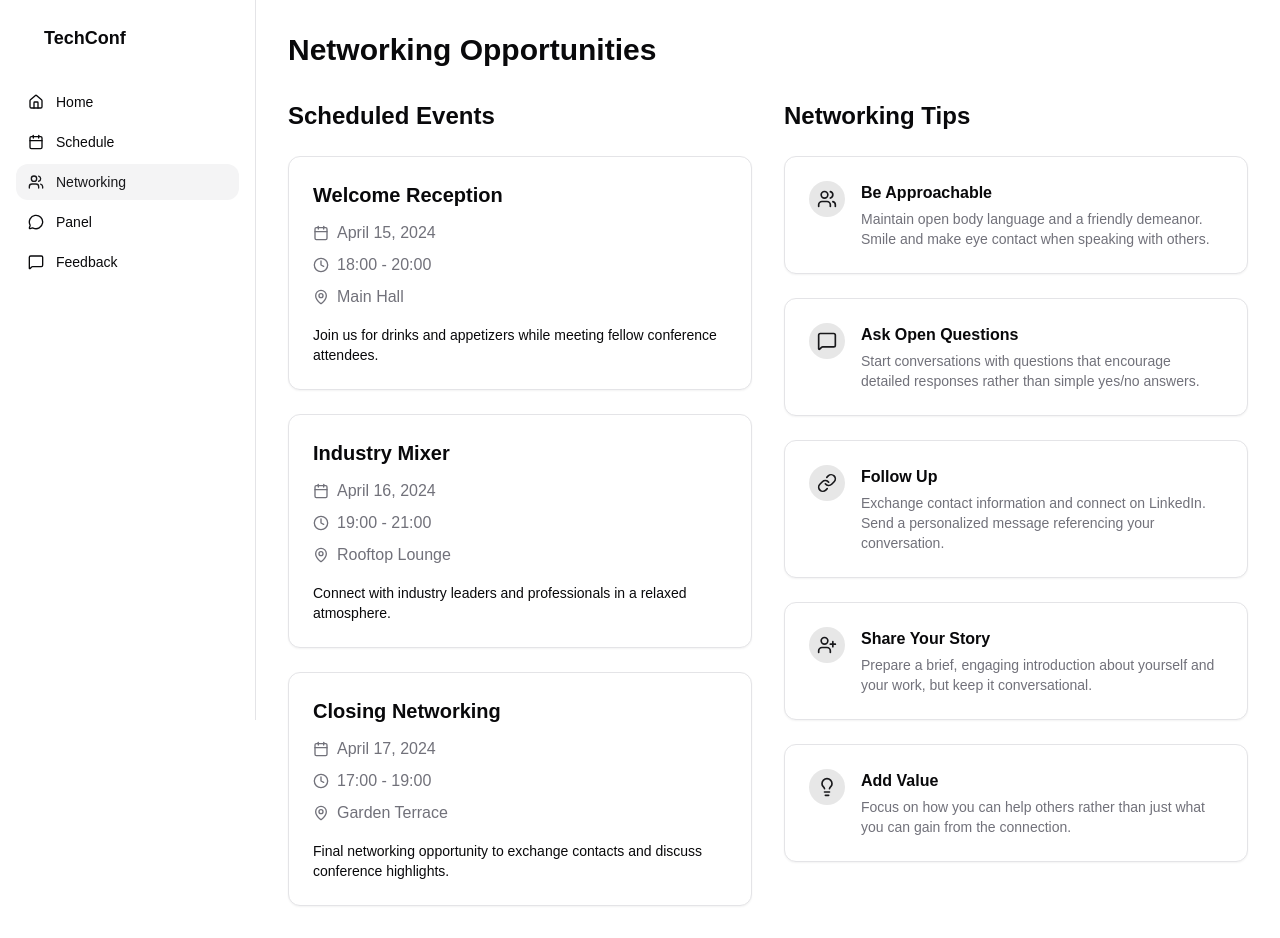
Repository: mrnavdal/symposium-2024
Page: /networking (app in symposium24/)
These files come from the project's save history. The page is drawn as it stood at one moment and after the next save; the edit follows.
The browser window is 1280 px wide. The pictures show the whole page.
The project was rebuilt for these pictures with package versions that can differ from the ones it lists, and the page was loaded fresh each time. The framework's server and built-in components were replaced by stand-ins that run in the browser. Also part of the build but not shown: symposium24/next.config.ts, symposium24/src/styles/calendar.css.

Above is the page before, as saved 2024-11-08 13:49:21.

### symposium24/src/app/layout.tsx
import type { Metadata } from "next";
import localFont from "next/font/local";
import { ThemeProvider } from "@/components/ThemeProvider";
import { Navigation } from "@/components/Navigation";
import "./globals.css";
import '@/styles/calendar.css'

const geistSans = localFont({
  src: "./fonts/GeistVF.woff",
  variable: "--font-geist-sans",
  weight: "100 900",
});
const geistMono = localFont({
  src: "./fonts/GeistMonoVF.woff",
  variable: "--font-geist-mono",
  weight: "100 900",
});

export const metadata: Metadata = {
  title: "TechConf 2024",
  description: "Conference schedule and information",
};

export default function RootLayout({
  children,
}: Readonly<{
  children: React.ReactNode;
}>) {
  return (
    <html lang="en" suppressHydrationWarning>
      <body
        className={`${geistSans.variable} ${geistMono.variable} antialiased min-h-screen`}
      >
        <ThemeProvider
          attribute="class"
          defaultTheme="system"
          enableSystem
          disableTransitionOnChange
        >
          <Navigation />
          <main className="pb-16 md:pb-0 md:pl-64">
            {children}
          </main>
        </ThemeProvider>
      </body>
    </html>
  );
}

### symposium24/src/app/networking/page.tsx
import { PageTransition } from '@/components/PageTransition'
import { Container } from '@/components/ui/container'
import { NetworkingEvents } from '@/components/NetworkingEvents'
import { NetworkingTips } from '@/components/NetworkingTips'

export default function NetworkingPage() {
  return (
    <PageTransition>
      <Container className="py-8">
        <h1 className="text-3xl font-bold mb-8">Networking Opportunities</h1>
        <div className="grid gap-8 md:grid-cols-2">
          <NetworkingEvents />
          <NetworkingTips />
        </div>
      </Container>
    </PageTransition>
  )
}

### symposium24/src/components/ThemeProvider.tsx
'use client'

import * as React from 'react'
import { ThemeProvider as NextThemesProvider } from 'next-themes'

interface ThemeProviderProps {
  children: React.ReactNode
  attribute?: string
  defaultTheme?: string
  enableSystem?: boolean
  disableTransitionOnChange?: boolean
}

export function ThemeProvider({
  children,
  attribute,
  defaultTheme,
  enableSystem,
  disableTransitionOnChange,
}: ThemeProviderProps) {
  return (
    <NextThemesProvider
      attribute={attribute as 'class' | 'data-theme'}
      defaultTheme={defaultTheme}
      enableSystem={enableSystem}
      disableTransitionOnChange={disableTransitionOnChange}
    >
      {children}
    </NextThemesProvider>
  )
}

### symposium24/src/components/Navigation.tsx
'use client'

import { usePathname } from 'next/navigation'
import Link from 'next/link'
import { cn } from '@/lib/utils'
import {
  Home,
  Calendar,
  Users,
  MessageCircle,
  MessageSquare,
  LucideIcon
} from 'lucide-react'

interface NavItem {
  href: string
  label: string
  icon: LucideIcon
}

const navItems: NavItem[] = [
  { href: '/', label: 'Home', icon: Home },
  { href: '/schedule', label: 'Schedule', icon: Calendar },
  { href: '/networking', label: 'Networking', icon: Users },
  { href: '/discussion', label: 'Panel', icon: MessageCircle },
  { href: '/feedback', label: 'Feedback', icon: MessageSquare },
]

export function Navigation() {
  const pathname = usePathname()

  return (
    <>
      {/* Desktop Side Navigation */}
      <nav className="hidden md:flex fixed left-0 top-0 h-screen w-64 border-r bg-background p-4">
        <div className="space-y-4 w-full">
          <div className="px-3 py-2">
            <h2 className="mb-2 px-4 text-lg font-semibold">TechConf</h2>
          </div>
          <div className="space-y-1">
            {navItems.map((item) => (
              <Link
                key={item.href}
                href={item.href}
                className={cn(
                  'flex items-center gap-3 rounded-lg px-3 py-2 text-sm transition-colors',
                  pathname === item.href
                    ? 'bg-secondary text-secondary-foreground'
                    : 'hover:bg-secondary/80'
                )}
              >
                <item.icon className="h-4 w-4" />
                {item.label}
              </Link>
            ))}
          </div>
        </div>
      </nav>

      {/* Mobile Bottom Navigation */}
      <nav className="md:hidden fixed bottom-0 left-0 right-0 border-t bg-background z-50">
        <div className="flex items-center justify-around">
          {navItems.map((item) => (
            <Link
              key={item.href}
              href={item.href}
              className={cn(
                'flex flex-col items-center gap-1 p-3 text-xs',
                pathname === item.href
                  ? 'text-primary'
                  : 'text-muted-foreground'
              )}
            >
              <item.icon className="h-5 w-5" />
              <span>{item.label}</span>
            </Link>
          ))}
        </div>
      </nav>

      {/* Content Padding for Mobile Bottom Nav */}
      <div className="pb-16 md:pb-0 md:pl-64">
        {/* This div wraps the main content to provide padding */}
      </div>
    </>
  )
}

### symposium24/src/app/globals.css
@tailwind base;
@tailwind components;
@tailwind utilities;

body {
  font-family: Arial, Helvetica, sans-serif;
}

@layer base {
  :root {
    --background: 0 0% 100%;
    --foreground: 240 10% 3.9%;
    --card: 0 0% 100%;
    --card-foreground: 240 10% 3.9%;
    --popover: 0 0% 100%;
    --popover-foreground: 240 10% 3.9%;
    --primary: 240 5.9% 10%;
    --primary-foreground: 0 0% 98%;
    --secondary: 240 4.8% 95.9%;
    --secondary-foreground: 240 5.9% 10%;
    --muted: 240 4.8% 95.9%;
    --muted-foreground: 240 3.8% 46.1%;
    --accent: 240 4.8% 95.9%;
    --accent-foreground: 240 5.9% 10%;
    --destructive: 0 84.2% 60.2%;
    --destructive-foreground: 0 0% 98%;
    --border: 240 5.9% 90%;
    --input: 240 5.9% 90%;
    --ring: 240 5.9% 10%;
    --chart-1: 12 76% 61%;
    --chart-2: 173 58% 39%;
    --chart-3: 197 37% 24%;
    --chart-4: 43 74% 66%;
    --chart-5: 27 87% 67%;
    --radius: 0.75rem;
  }
  .dark {
    --background: 240 10% 3.9%;
    --foreground: 0 0% 98%;
    --card: 240 10% 3.9%;
    --card-foreground: 0 0% 98%;
    --popover: 240 10% 3.9%;
    --popover-foreground: 0 0% 98%;
    --primary: 0 0% 98%;
    --primary-foreground: 240 5.9% 10%;
    --secondary: 240 3.7% 15.9%;
    --secondary-foreground: 0 0% 98%;
    --muted: 240 3.7% 15.9%;
    --muted-foreground: 240 5% 64.9%;
    --accent: 240 3.7% 15.9%;
    --accent-foreground: 0 0% 98%;
    --destructive: 0 62.8% 30.6%;
    --destructive-foreground: 0 0% 98%;
    --border: 240 3.7% 15.9%;
    --input: 240 3.7% 15.9%;
    --ring: 240 4.9% 83.9%;
    --chart-1: 220 70% 50%;
    --chart-2: 160 60% 45%;
    --chart-3: 30 80% 55%;
    --chart-4: 280 65% 60%;
    --chart-5: 340 75% 55%;
  }
}

@layer base {
  * {
    @apply border-border;
  }
  body {
    @apply bg-background text-foreground;
  }
}

### symposium24/src/components/PageTransition.tsx
'use client'

import { motion } from 'framer-motion'
import { fadeIn } from '@/lib/animations'

interface PageTransitionProps {
  children: React.ReactNode
  className?: string
}

export function PageTransition({ children, className }: PageTransitionProps) {
  return (
    <motion.div
      variants={fadeIn}
      initial="initial"
      animate="animate"
      exit="exit"
      className={className}
    >
      {children}
    </motion.div>
  )
}

### symposium24/src/components/ui/container.tsx
import { cn } from '@/lib/utils'

interface ContainerProps extends React.HTMLAttributes<HTMLDivElement> {}

export function Container({ className, ...props }: ContainerProps) {
  return (
    <div
      className={cn('mx-auto max-w-7xl px-4 sm:px-6 lg:px-8', className)}
      {...props}
    />
  )
}

### symposium24/src/components/NetworkingEvents.tsx
'use client'

import { AnimatedCard } from './ui/animated-card'
import { Calendar, Clock, MapPin } from 'lucide-react'

interface NetworkingEvent {
  id: string
  title: string
  date: string
  time: string
  location: string
  description: string
}

const networkingEvents: NetworkingEvent[] = [
  {
    id: '1',
    title: 'Welcome Reception',
    date: 'April 15, 2024',
    time: '18:00 - 20:00',
    location: 'Main Hall',
    description: 'Join us for drinks and appetizers while meeting fellow conference attendees.'
  },
  {
    id: '2',
    title: 'Industry Mixer',
    date: 'April 16, 2024',
    time: '19:00 - 21:00',
    location: 'Rooftop Lounge',
    description: 'Connect with industry leaders and professionals in a relaxed atmosphere.'
  },
  {
    id: '3',
    title: 'Closing Networking',
    date: 'April 17, 2024',
    time: '17:00 - 19:00',
    location: 'Garden Terrace',
    description: 'Final networking opportunity to exchange contacts and discuss conference highlights.'
  }
]

export function NetworkingEvents() {
  return (
    <div className="space-y-6">
      <h2 className="text-2xl font-semibold mb-4">Scheduled Events</h2>
      {networkingEvents.map((event, index) => (
        <AnimatedCard
          key={event.id}
          delay={index * 0.1}
          className="hover:shadow-md transition-shadow"
        >
          <h3 className="text-xl font-semibold mb-3">{event.title}</h3>
          <div className="space-y-2 text-muted-foreground">
            <div className="flex items-center gap-2">
              <Calendar className="h-4 w-4" />
              <span>{event.date}</span>
            </div>
            <div className="flex items-center gap-2">
              <Clock className="h-4 w-4" />
              <span>{event.time}</span>
            </div>
            <div className="flex items-center gap-2">
              <MapPin className="h-4 w-4" />
              <span>{event.location}</span>
            </div>
          </div>
          <p className="mt-4 text-sm">{event.description}</p>
        </AnimatedCard>
      ))}
    </div>
  )
}

### symposium24/src/components/NetworkingTips.tsx
'use client'

import { AnimatedCard } from './ui/animated-card'
import { Lightbulb, Users, MessageSquare, Link, UserPlus } from 'lucide-react'

interface NetworkingTip {
  icon: typeof Lightbulb
  title: string
  description: string
}

const networkingTips: NetworkingTip[] = [
  {
    icon: Users,
    title: 'Be Approachable',
    description: 'Maintain open body language and a friendly demeanor. Smile and make eye contact when speaking with others.'
  },
  {
    icon: MessageSquare,
    title: 'Ask Open Questions',
    description: 'Start conversations with questions that encourage detailed responses rather than simple yes/no answers.'
  },
  {
    icon: Link,
    title: 'Follow Up',
    description: 'Exchange contact information and connect on LinkedIn. Send a personalized message referencing your conversation.'
  },
  {
    icon: UserPlus,
    title: 'Share Your Story',
    description: 'Prepare a brief, engaging introduction about yourself and your work, but keep it conversational.'
  },
  {
    icon: Lightbulb,
    title: 'Add Value',
    description: 'Focus on how you can help others rather than just what you can gain from the connection.'
  }
]

export function NetworkingTips() {
  return (
    <div className="space-y-6">
      <h2 className="text-2xl font-semibold mb-4">Networking Tips</h2>
      {networkingTips.map((tip, index) => (
        <AnimatedCard
          key={tip.title}
          delay={index * 0.1}
          className="hover:shadow-md transition-shadow"
        >
          <div className="flex items-start gap-4">
            <div className="p-2 rounded-full bg-primary/10">
              <tip.icon className="h-5 w-5 text-primary" />
            </div>
            <div>
              <h3 className="font-semibold mb-1">{tip.title}</h3>
              <p className="text-sm text-muted-foreground">{tip.description}</p>
            </div>
          </div>
        </AnimatedCard>
      ))}
    </div>
  )
}

### symposium24/src/lib/animations.ts
export const fadeIn = {
  initial: { opacity: 0, y: 20 },
  animate: { opacity: 1, y: 0 },
  exit: { opacity: 0, y: 20 }
}

export const staggerContainer = {
  animate: {
    transition: {
      staggerChildren: 0.1
    }
  }
}

export const slideIn = {
  initial: { x: -20, opacity: 0 },
  animate: { x: 0, opacity: 1 },
  exit: { x: 20, opacity: 0 }
}

export const scaleIn = {
  initial: { scale: 0.9, opacity: 0 },
  animate: { scale: 1, opacity: 1 },
  exit: { scale: 0.9, opacity: 0 }
}

### symposium24/src/components/ui/animated-card.tsx
'use client'

import { motion } from 'framer-motion'
import { scaleIn } from '@/lib/animations'
import { cn } from '@/lib/utils'

interface AnimatedCardProps extends React.HTMLAttributes<HTMLDivElement> {
  delay?: number
}

export function AnimatedCard({
  children,
  className,
  delay = 0,
  ...props
}: AnimatedCardProps) {
  return (
    <motion.div
      variants={scaleIn}
      initial="initial"
      whileInView="animate"
      exit="exit"
      viewport={{ once: true }}
      transition={{ delay }}
      className={cn(
        'rounded-lg border bg-card p-6 shadow-sm',
        className
      )}
      {...(props as any)} // Type assertion to fix incompatible event handler types
    >
      {children}
    </motion.div>
  )
}

### symposium24/tailwind.config.ts
import type { Config } from "tailwindcss";

export default {
    darkMode: ["class"],
    content: [
    "./src/pages/**/*.{js,ts,jsx,tsx,mdx}",
    "./src/components/**/*.{js,ts,jsx,tsx,mdx}",
    "./src/app/**/*.{js,ts,jsx,tsx,mdx}",
  ],
  theme: {
  	extend: {
  		colors: {
  			background: 'hsl(var(--background))',
  			foreground: 'hsl(var(--foreground))',
  			card: {
  				DEFAULT: 'hsl(var(--card))',
  				foreground: 'hsl(var(--card-foreground))'
  			},
  			popover: {
  				DEFAULT: 'hsl(var(--popover))',
  				foreground: 'hsl(var(--popover-foreground))'
  			},
  			primary: {
  				DEFAULT: 'hsl(var(--primary))',
  				foreground: 'hsl(var(--primary-foreground))'
  			},
  			secondary: {
  				DEFAULT: 'hsl(var(--secondary))',
  				foreground: 'hsl(var(--secondary-foreground))'
  			},
  			muted: {
  				DEFAULT: 'hsl(var(--muted))',
  				foreground: 'hsl(var(--muted-foreground))'
  			},
  			accent: {
  				DEFAULT: 'hsl(var(--accent))',
  				foreground: 'hsl(var(--accent-foreground))'
  			},
  			destructive: {
  				DEFAULT: 'hsl(var(--destructive))',
  				foreground: 'hsl(var(--destructive-foreground))'
  			},
  			border: 'hsl(var(--border))',
  			input: 'hsl(var(--input))',
  			ring: 'hsl(var(--ring))',
  			chart: {
  				'1': 'hsl(var(--chart-1))',
  				'2': 'hsl(var(--chart-2))',
  				'3': 'hsl(var(--chart-3))',
  				'4': 'hsl(var(--chart-4))',
  				'5': 'hsl(var(--chart-5))'
  			}
  		},
  		borderRadius: {
  			lg: 'var(--radius)',
  			md: 'calc(var(--radius) - 2px)',
  			sm: 'calc(var(--radius) - 4px)'
  		}
  	}
  },
  plugins: [
    require("tailwindcss-animate"),
    require('@tailwindcss/typography'),
  ],
} satisfies Config;

Loaded but not shown: symposium24/src/lib/utils.ts (common file)

After the next save:
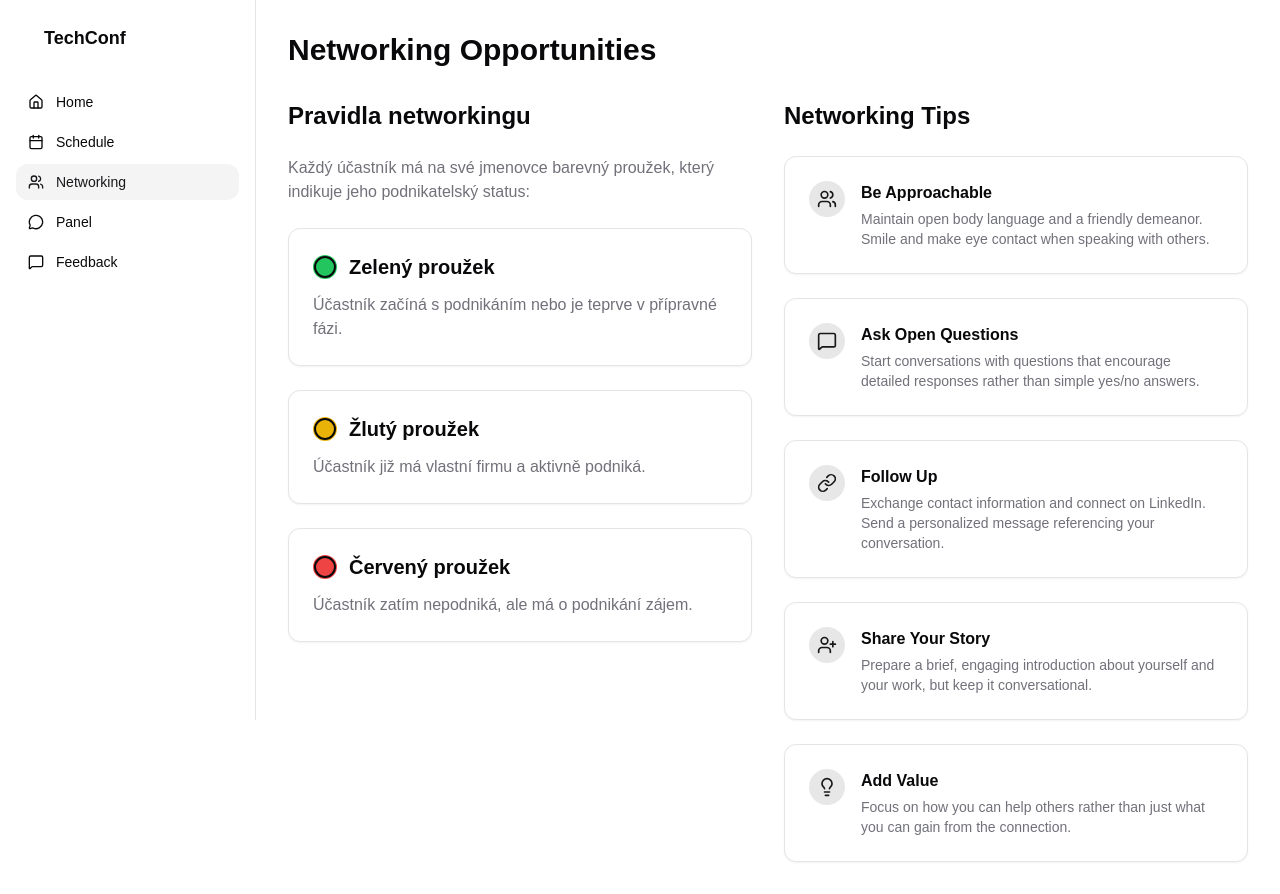
Saved 21 min 6 s later.
--- a/symposium24/src/components/NetworkingEvents.tsx
+++ b/symposium24/src/components/NetworkingEvents.tsx
@@ -1,70 +1,58 @@
 'use client'
 
 import { AnimatedCard } from './ui/animated-card'
-import { Calendar, Clock, MapPin } from 'lucide-react'
+import { Circle } from 'lucide-react'
 
-interface NetworkingEvent {
+interface NetworkingRule {
   id: string
+  color: string
   title: string
-  date: string
-  time: string
-  location: string
   description: string
+  textColor: string
 }
 
-const networkingEvents: NetworkingEvent[] = [
+const networkingRules: NetworkingRule[] = [
   {
     id: '1',
-    title: 'Welcome Reception',
-    date: 'April 15, 2024',
-    time: '18:00 - 20:00',
-    location: 'Main Hall',
-    description: 'Join us for drinks and appetizers while meeting fellow conference attendees.'
+    color: 'bg-green-500',
+    textColor: 'text-green-500',
+    title: 'Zelený proužek',
+    description: 'Účastník začíná s podnikáním nebo je teprve v přípravné fázi.'
   },
   {
     id: '2',
-    title: 'Industry Mixer',
-    date: 'April 16, 2024',
-    time: '19:00 - 21:00',
-    location: 'Rooftop Lounge',
-    description: 'Connect with industry leaders and professionals in a relaxed atmosphere.'
+    color: 'bg-yellow-500',
+    textColor: 'text-yellow-500',
+    title: 'Žlutý proužek',
+    description: 'Účastník již má vlastní firmu a aktivně podniká.'
   },
   {
     id: '3',
-    title: 'Closing Networking',
-    date: 'April 17, 2024',
-    time: '17:00 - 19:00',
-    location: 'Garden Terrace',
-    description: 'Final networking opportunity to exchange contacts and discuss conference highlights.'
+    color: 'bg-red-500',
+    textColor: 'text-red-500',
+    title: 'Červený proužek',
+    description: 'Účastník zatím nepodniká, ale má o podnikání zájem.'
   }
 ]
 
 export function NetworkingEvents() {
   return (
     <div className="space-y-6">
-      <h2 className="text-2xl font-semibold mb-4">Scheduled Events</h2>
-      {networkingEvents.map((event, index) => (
+      <h2 className="text-2xl font-semibold mb-4">Pravidla networkingu</h2>
+      <p className="text-muted-foreground mb-6">
+        Každý účastník má na své jmenovce barevný proužek, který indikuje jeho podnikatelský status:
+      </p>
+      {networkingRules.map((rule) => (
         <AnimatedCard
-          key={event.id}
-          delay={index * 0.1}
+          key={rule.id}
+          delay={parseInt(rule.id) * 0.1}
           className="hover:shadow-md transition-shadow"
         >
-          <h3 className="text-xl font-semibold mb-3">{event.title}</h3>
-          <div className="space-y-2 text-muted-foreground">
-            <div className="flex items-center gap-2">
-              <Calendar className="h-4 w-4" />
-              <span>{event.date}</span>
-            </div>
-            <div className="flex items-center gap-2">
-              <Clock className="h-4 w-4" />
-              <span>{event.time}</span>
-            </div>
-            <div className="flex items-center gap-2">
-              <MapPin className="h-4 w-4" />
-              <span>{event.location}</span>
-            </div>
+          <div className="flex items-center gap-3 mb-3">
+            <Circle className={`h-6 w-6 ${rule.color} rounded-full`} />
+            <h3 className="text-xl font-semibold">{rule.title}</h3>
           </div>
-          <p className="mt-4 text-sm">{event.description}</p>
+          <p className="text-muted-foreground">{rule.description}</p>
         </AnimatedCard>
       ))}
     </div>
